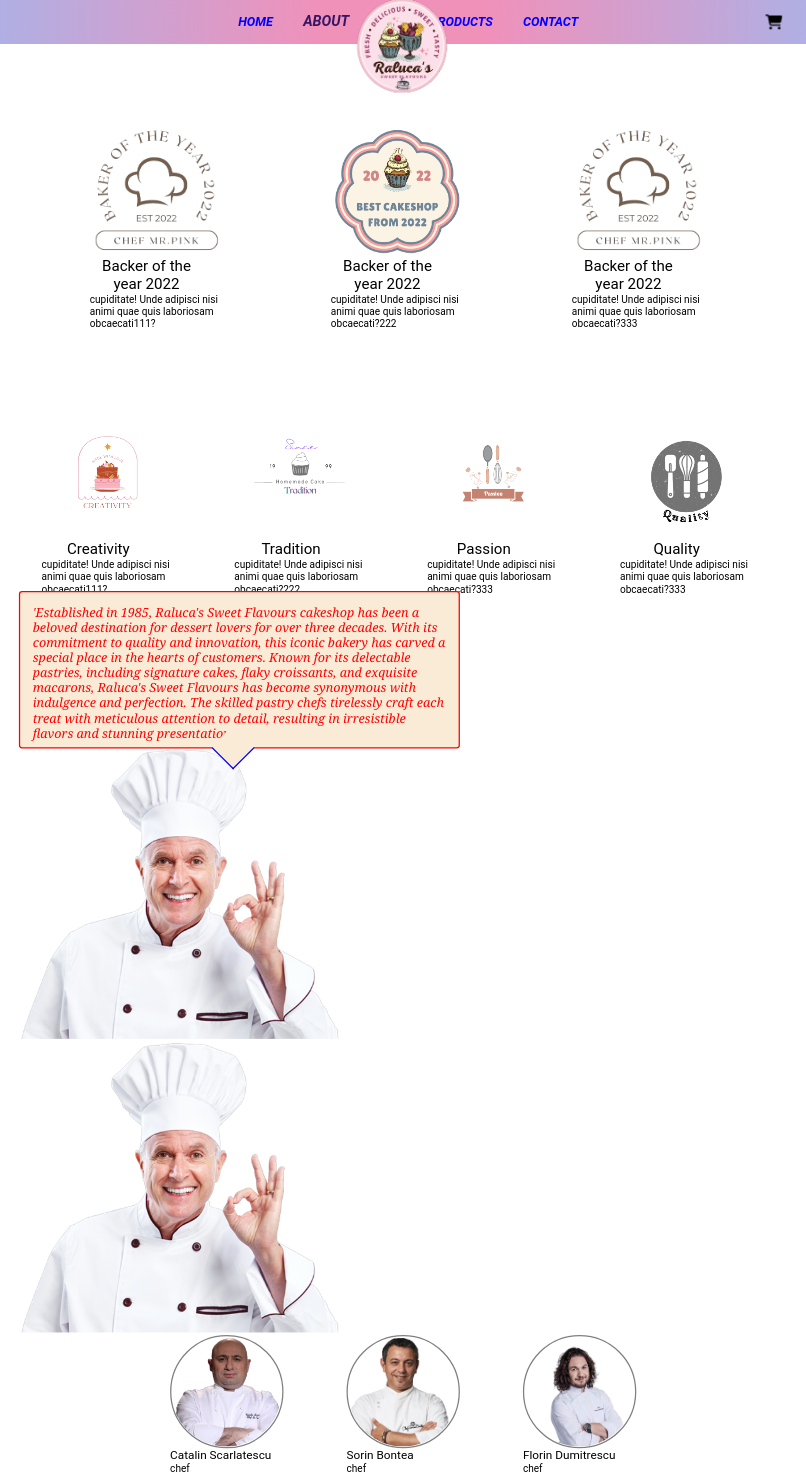
Repository: RalucaZota/cakeshop
Page: /about
The author's editor kept a copy of each file at every save. The page is drawn from the files as they stood at one save, then again after the next save.
The browser window is 1280 px wide. The pictures show the whole page, at 63% of full size.
The project was rebuilt for these pictures with package versions that can differ from the ones it lists, and the page was loaded fresh each time. Also part of the build but not shown: vite.config.js, src/components/AddtoCartButton.vue, src/components/FavoriteProduct.vue, src/components/ProductItem.vue, src/components/Testimonials.vue, src/views/Home.vue, src/views/Products.vue, src/views/Contact.vue.

Above is the page before, as saved 2023-06-28 09:03:16.

### index.html
<!DOCTYPE html>
<html lang="en">
  <head>
    <meta charset="UTF-8">
    <link rel="icon" href="/favicon.ico">
    <meta name="viewport" content="width=device-width, initial-scale=1.0">
    <title>Vite App</title>
  </head>
  <body>
    <div id="app"></div>
    <script type="module" src="/src/main.js"></script>

  </body>
</html>

### src/main.js
import './assets/main.css'
import{ createApp } from "vue";
import App from './App.vue'
import router from './router'

import { library } from '@fortawesome/fontawesome-svg-core'
import { FontAwesomeIcon } from '@fortawesome/vue-fontawesome'
import { faBars } from '@fortawesome/free-solid-svg-icons'
import { faXmark } from '@fortawesome/free-solid-svg-icons'
import { faCartShopping } from '@fortawesome/free-solid-svg-icons'

import 'vuetify/styles'
import { createVuetify } from 'vuetify'
import * as components from 'vuetify/components'
import * as directives from 'vuetify/directives'

const vuetify = createVuetify({
    components,
    directives,
  })
library.add(faBars, faXmark, faCartShopping)

createApp(App)
.component('font-awesome-icon', FontAwesomeIcon).use(router, vuetify)
.mount('#app')

### src/assets/main.css
@import './base.css';

#app {
  margin: 0 auto;

  font-weight: normal;
}

html{
  line-height: 1.2 !important;
}

### src/App.vue
<script setup>
import Navbar from "./components/Navbar.vue"


</script>

<template>
<navbar/>


</template>

<style scoped>

</style>

### src/router/index.js
import { createRouter, createWebHistory } from 'vue-router'

const router = createRouter({
  history: createWebHistory(import.meta.env.BASE_URL),
  routes: [
    {
      path: '/',
      name: 'home',
      component: () => import('../views/Home.vue')
    },
    { path: '/about', name: 'about', component: () => import('../views/About.vue') },
    { path: '/products', name: 'products', component: () => import('../views/Products.vue') },
    { path: '/contact', name: 'contact', component: () => import('../views/Contact.vue') }
    // route level code-splitting
    // this generates a separate chunk (About.[hash].js) for this route
    // which is lazy-loaded when the route is visited.
  ]
})

export default router

### src/assets/base.css
/* color palette from <https://github.com/vuejs/theme> */
:root {
  --vt-c-white: #ffffff;
  --vt-c-white-soft: #f8f8f8;
  --vt-c-white-mute: #f2f2f2;

  --vt-c-black: #181818;
  --vt-c-black-soft: #222222;
  --vt-c-black-mute: #282828;

  --vt-c-indigo: #2c3e50;

  --vt-c-divider-light-1: rgba(60, 60, 60, 0.29);
  --vt-c-divider-light-2: rgba(60, 60, 60, 0.12);
  --vt-c-divider-dark-1: rgba(84, 84, 84, 0.65);
  --vt-c-divider-dark-2: rgba(84, 84, 84, 0.48);

  --vt-c-text-light-1: var(--vt-c-indigo);
  --vt-c-text-light-2: rgba(60, 60, 60, 0.66);
  --vt-c-text-dark-1: var(--vt-c-white);
  --vt-c-text-dark-2: rgba(235, 235, 235, 0.64);
}

/* semantic color variables for this project */
:root {
  --color-background: var(--vt-c-white);
  --color-background-soft: var(--vt-c-white-soft);
  --color-background-mute: var(--vt-c-white-mute);

  --color-border: var(--vt-c-divider-light-2);
  --color-border-hover: var(--vt-c-divider-light-1);

  --color-heading: var(--vt-c-text-light-1);
  --color-text: var(--vt-c-text-light-1);

  --section-gap: 160px;
}

@media (prefers-color-scheme: dark) {
  :root {
    --color-background: var(--vt-c-black);
    --color-background-soft: var(--vt-c-black-soft);
    --color-background-mute: var(--vt-c-black-mute);

    --color-border: var(--vt-c-divider-dark-2);
    --color-border-hover: var(--vt-c-divider-dark-1);

    --color-heading: var(--vt-c-text-dark-1);
    --color-text: var(--vt-c-text-dark-2);
  }
}

*,
*::before,
*::after {
  box-sizing: border-box;
  margin: 0;
  font-weight: normal;
}

### src/components/Navbar.vue
<template>
  <header :class="{ 'scrolled-nav': scrolledNav }">
    <nav >
      <div class="cart">
          <font-awesome-icon icon="fa-solid fa-cart-shopping" fade size="xl" />
        </div>
      <ul class="navigation" v-show="!mobile">
        <li>
          <RouterLink active-class="active" :to="{ name: 'home' }" class=" link"
            >Home</RouterLink
          >
        </li>
        <li>
          <RouterLink active-class="active" :to="{ name: 'about' }" class=" link"
            >About</RouterLink
          >
        </li>
        <div class="branding">
          <img src="../assets/images/logo.png" alt="logo"/>
        </div>
        <li>
          <RouterLink active-class="active" :to="{ name: 'products' }" class=" link"
            >Products</RouterLink
          >
        </li>
        <li>
          <RouterLink active-class="active" :to="{ name: 'contact' }" class=" link"
            >Contact</RouterLink
          >
        </li>
      </ul>
        <div class="icon">
          <font-awesome-icon icon="fa-solid fa-bars" size="lg" @click="openMobileNav" v-show="!mobileNav && mobile"  class="burger" :class="{'icon-active': mobileNav}"/>
          <font-awesome-icon  v-show="mobileNav" icon="fa-solid fa-xmark" beat size="xl" @click="closeMobileNav" class="close-nav" :class="{'icon-active': mobileNav}"/>
        </div>

      <transition name="mobile-nav">

        <ul v-show="mobileNav" class="dropdown-nav">
          <li>
            <div class="branding">
          <img src="../assets/images/logo.png" alt="logo"/>
        </div>
          </li>
          <li>
            <RouterLink active-class="active" :to="{ name: 'home' }" class="link"
              >Home</RouterLink
            >
          </li>
          <li>
            <RouterLink active-class="active" :to="{ name: 'about' }" class=" link"
              >About</RouterLink
            >
          </li>
          <li>
            <RouterLink active-class="active" :to="{ name: 'products' }" class=" link"
              >Products</RouterLink
            >
          </li>
          <li>
            <RouterLink active-class="active" :to="{ name: 'contact' }" class=" link"
              >Contact</RouterLink
            >
          </li>
        </ul>
      </transition>
    </nav>
  </header>

  <RouterView />
</template>
<script>
import { RouterLink, RouterView } from 'vue-router'
import Home from '../views/Home.vue'
import Products from '../views/Products.vue'
import About from '../views/About.vue'
import Contact from '../views/Contact.vue'
export default {
  name: 'navbar',
  components: {
    Home,
    Products,
    About,
    Contact
  },
  data(){
    return {
      scrolledNav: null,
      mobile: null,
      mobileNav: null,
      windowWidth: null,

    }
  },
  created(){
    window.addEventListener('resize', this.checkScreen);
    this.checkScreen()
  },
  mounted(){
    window.addEventListener('scroll', this.updateScroll)
  },
  methods:{
    openMobileNav(){
      this.mobileNav = true


    },
    closeMobileNav(){
      this.mobileNav = false

    },

    updateScroll(){
      const scrollPosition =  window.scrollY;
      if (scrollPosition > 50){
        this.scrolledNav = true;
        return;
      }
      this.scrolledNav = false
    },
    checkScreen(){
      this.windowWidth = window.innerWidth;
      if( this.windowWidth <= 750){
        this.mobile = true;
        return;
      }
      this.mobile = false;
      this.mobileNav = false;
    }
  }
}
</script>
<style lang="scss">
@import '../styles/Navbar.scss';
</style>

### src/views/About.vue
<template>
  <div>
    <h1>About</h1>
    <div  class='universal-card-wrapper' >
        <universal-card v-for="( momentInfo, id) in momentsInfo" :key="id" >
          <template #img >
          <img :src="momentInfo.img"/></template>
          <template #title >
            <h2>{{ momentInfo.price }} </h2></template>
          <template #text><p>
            {{ momentInfo.text }}
          </p></template>
        </universal-card>
    </div>

    <div  class='universal-card-wrapper' >
        <universal-card v-for="( info, id) in knowBetterInfo" :key="id" >
          <template #img >
          <img :src="info.img" class="know-us-better-img"/></template>
          <template #title >
            <h2>{{ info.title }} </h2></template>
          <template #text><p>
            {{ info.text }}
          </p></template>
        </universal-card>
      </div>
      <comment-box/>
      <staff-component/>
  </div>
</template>
<script>
import StaffComponent from '../components/StaffComponent.vue'
import CommentBox from '../components/CommentBox.vue'
import { momentsInfo, knowBetterInfo } from '../data.js'
import UniversalCard from '../components/UniversalCard.vue'
export default {
  name: 'about',
  components: {
    UniversalCard,
    CommentBox,
    StaffComponent
  },
  data() {
    return {
      momentsInfo: momentsInfo,
      knowBetterInfo: knowBetterInfo,
      CommentBox: CommentBox
    }
  }
}
</script>
<style lang="scss" scoped>
.universal-card-wrapper{
  display: flex;
  flex-wrap: wrap;
  align-items: center;
  justify-content: space-evenly;
  margin-top: 150px;
  img{
    width: 200px;
    img.know-us-better-img{
      width: 250px !important;
      height: 250px !important;
    }
  }
  h2{
    text-align: center;
    width: 180px;
  }

}
</style>

### src/styles/Navbar.scss
header{
    width: 100%;
    position: fixed;
    transition: 0.5s ease all;
    background-color: transparent;
    z-index: 99;
    color: transparent;
    height: 68px;
    nav{
        display: flex;
        align-items: center;
        justify-content: space-evenly;
        flex-direction: row;
        background: rgb(238,174,202);
        background: rgb(240,145,186);
        background: rgb(240,145,186);
        background: radial-gradient(circle, rgba(240,145,186,1) 21%, rgba(176,175,228,1) 100%);
        transition: 0.5s ease all;
        padding: 5px 0;
        width: 100%;
        margin: 0 auto;
        text-decoration: none;
        position: relative;


        @media (min-width: 1140px) {
            max-width: 1300px;
        }
        @media (max-width: 749px) {
            width: 100%;
            padding: 20px;
        }
        ul,
        .link {
            color: blue;
            list-style: none;
            text-decoration: none;
        }
        li {
            text-transform: uppercase;
            padding: 16px;
            margin-left: 16px;
        }

        .link {
            font-weight: 700;
            font-style:italic;
            font-size: 20px;
            transition: 0.5s ease all;
            padding-bottom: 4px;
            border-bottom:  2px solid transparent;
            &:hover {
                color: #125159;
                border-color: purple;
            }
        }
        .branding {
            display: flex;
            align-items: center;
            margin-left: 80px;
            @media (max-width: 749px) {
                margin-left: 0px;
            }
            li.img{
                @media (max-width: 749px) {
                    padding-bottom: 0px;
            }
        }
            img {
                width: 150px;
                position: absolute;
                height: 155px;
                left: 44%;
                top: -10%;
                transition: .5s ease all;
                @media (max-width: 749px) {
                    position: relative;
                    width: 80px;
                    height: 80px;
                    left: 11%;
                }
            }
        }

        .active{
        font-weight: bold;
        font-size: 23px !important;
        color: #371563;
        font-weight: 700 !important;
        text-decoration: none;
        font-size: larger;

        }
        .cart{
        position: absolute;
        right: 3%;
        color: black;
        font-weight: 700;
    }
        .navigation {
            display: flex;
            align-items: center;
            flex: 1;
            justify-content: center;
    }
        .icon{
            display: flex;
            align-items: center;
            position: absolute;
            top: 0;
            left: 24px;
            height: 100%;
            color: black;
            transform: rotateZ(180deg);
            .burger{
            cursor: pointer;
            font-size: 24px;
            transition: .8s ease all;

        }
            .close-nav{
                color: black;
                font-weight: 600;
            }
    }
        .icon-active{

            color: red;
            display: inline-block;




    }
        .dropdown-nav{
            display: flex;
            flex-direction: column;
            align-items: center;
            position: fixed;
            width: 100%;
            max-width: 215px;
            height: 100%;
            background: radial-gradient(circle, rgba(240,145,186,1) 21%, rgba(176,175,228,1) 100%);
            top: 4.8%;
            left: 0;
            padding-left: 0px;
            line-height: 5px;
            padding-top: 10px;

            li{
                margin-left: 0;
                .link{
                    color: black;
                    font-weight: 600;
            }
        }

    }
        .mobile-nav-enter-active, .mobile-nav-leave-active {
            transition:  1s ease all;
        }
        .mobile-nav-enter-from, .mobile-nav-leave-to {
            transform: translateX((-250px));
        }
        .mobile-nav-enter-to {
            transform: translateX((0));
        }

}
}
.scrolled-nav{
    // box-shadow: 0 4px 6px -1px rgba(0, 0, 0, 0.1), 0 2px 4px -1px rgba(0, 0, 0, 0.06);
        nav{
            padding: 8px 0;
            .branding{
            // img{
            //     width: 40px;
            //     box-shadow: 0 4px 6px -1px rgba(0, 0, 0, 0.1), 0 2px 4px -1px rgba(0, 0, 0, 0.06);

            // }
        }
    }
}

### src/components/StaffComponent.vue
<template>
  <div class="chef-img-div">
    <img  src="../assets//images//chefs//chef.png" class="chef-img" />
  </div>
  <div class="chef-details">
    <h3>{{ name }}</h3>
    <p>{{ status }}</p>
  </div>
  <div class="chef">
    <div v-for="{ name, status, img } in chefs" :key="name">
      <div class="chef-img-div">
        <img :src="img" class="chef-img" />
      </div>
      <div class="chef-details">
        <h3>{{ name }}</h3>
        <p>{{ status }}</p>
      </div>
    </div>
  </div>
</template>
<script>
import { chefs } from '../data'
export default {
  name: 'staff-component',
  data() {
    return {
      chefs: chefs
    }
  }
}
</script>
<style>
@import '../styles/StaffComponent.scss';
</style>

### src/components/CommentBox.vue
<template>
    <div>
        <div class="big-comment-box">
            <div class="little-comment-box"></div>
            <p class="text-comment-box">{{ CommentBox }}</p>
        </div>
        <img src="../assets//images//chefs//chef.png"/>
    </div>

</template>
<script>
import { CommentBox } from '../data.js'
export default {
  name: 'comment-box',
  data() {
    return {
      CommentBox: CommentBox
    }
  }
}
</script>
<style scoped>
@import '../styles/CommentBox.scss';
</style>

### src/data.js
const ClientsInfo = [
  {
    id: 1,
    name: 'Sam Smith',
    opinion:
      'Lorem ipsum dolor sit amet consectetur, adipisicing elit. Necessitatibus dolore reiciendis cupiditate! Unde adipisci nisi animi quae quis laboriosam obcaecati?',
    img: '../src/assets/images/clients/samsmith.jpg'
  },
  {
    id: 2,
    name: 'Olga Bacari',
    opinion:
      'Lorem ipsum dolor sit amet consectetur, adipisicing elit. Necessitatibus dolore reiciendis cupiditate! Unde adipisci nisi animi quae quis laboriosam obcaecati?',
    img: '../src/assets/images/clients/olgabacari.jpg'
  },
  {
    id: 3,
    name: 'Richard Muller',
    opinion:
      'Lorem ipsum dolor sit amet consectetur, adipisicing elit. Necessitatibus dolore reiciendis cupiditate! Unde adipisci nisi animi quae quis laboriosam obcaecati?',
    img: '../src/assets/images/clients/richardmuller.jpg'
  }
]

const momentsInfo = [
  {
    id: 1,
    price: 'Backer of the year 2022',
    img: '../src/assets/images/bestMoments/backer-year.png',
    text: ' cupiditate! Unde adipisci nisi animi quae quis laboriosam obcaecati111?'
  },
  {
    id: 2,
    price: 'Backer of the year 2022',
    img: '../src/assets/images/bestMoments/best-cakeshop.png',
    text: 'cupiditate! Unde adipisci nisi animi quae quis laboriosam obcaecati?222'
  },
  {
    id: 3,
    price: 'Backer of the year 2022',
    img: '../src/assets/images/bestMoments/backer-year.png',
    text: 'cupiditate! Unde adipisci nisi animi quae quis laboriosam obcaecati?333'
  }
]
const knowBetterInfo = [
  {
    id: 1,
    title: 'Creativity',
    img: '../src/assets/images/knowusbetter/creativity.png',
    text: ' cupiditate! Unde adipisci nisi animi quae quis laboriosam obcaecati111?'
  },
  {
    id: 2,
    title: 'Tradition',
    img: '../src/assets/images/knowusbetter/tradition.png',
    text: 'cupiditate! Unde adipisci nisi animi quae quis laboriosam obcaecati?222'
  },
  {
    id: 3,
    title: 'Passion',
    img: '../src/assets/images/knowusbetter/passion.png',
    text: 'cupiditate! Unde adipisci nisi animi quae quis laboriosam obcaecati?333'
  },
  {
    id: 4,
    title: 'Quality',
    img: '../src/assets/images/knowusbetter/quality.png',
    text: 'cupiditate! Unde adipisci nisi animi quae quis laboriosam obcaecati?333'
  }
]
const CommentBox =
  " 'Established in 1985, Raluca's Sweet Flavours cakeshop has been a beloved destination for dessert lovers for over three decades. With its commitment to quality and innovation, this iconic bakery has carved a special place in the hearts of customers. Known for its delectable pastries, including signature cakes, flaky croissants, and exquisite macarons, Raluca's Sweet Flavours has become synonymous with indulgence and perfection. The skilled pastry chefs tirelessly craft each treat with meticulous attention to detail, resulting in irresistible flavors and stunning presentation.' "

const chefs = [
  {
    name: 'Catalin Scarlatescu',
    status: 'chef',
    img: '../src/assets/images/chefs/catalin-scarlatescu.png'
  },
  { name: 'Sorin Bontea', status: 'chef', img: '../src/assets/images/chefs/sorin-bontea.png' },
  {
    name: 'Florin Dumitrescu',
    status: 'chef',
    img: '../src/assets/images/chefs/florin-dumitrescu.png'
  }
]
export { momentsInfo, knowBetterInfo, CommentBox, chefs }
export default ClientsInfo

### src/components/UniversalCard.vue
<template>
  <div class="universal-card">
    <div class="universal-card-img">
      <slot name="img"> </slot>
    </div>
    <div class="universal-card-details">
      <slot name="title"> </slot>
      <slot name="text"> </slot>
    </div>
  </div>
</template>
<script>
export default {
  name: 'universal card'
}
</script>
<style >
@import '../styles/UniversalCard.scss';
</style>

### src/styles/StaffComponent.scss
.chef {
    display: flex;
    justify-content: center;
    flex-wrap: wrap;
    gap: 100px;
  .chef-img-div {
    border-radius: 50%;
    border: 2px solid grey;
    width: 180px;
    height: 180px;
    .chef-img {
      width: 175px;
      height: 175px;
      border-radius: 50%;
    }
    div.chef-details{
        h3, p{
            text-align: center;
            border: 2px solid red;
        }
    }
  }
}

### src/styles/CommentBox.scss
.big-comment-box{
    margin-left: 30px;
    width: 700px;
    height: 250px;
    border: 2px solid red;
    border-radius: 5px;
    position: relative;
    background-color: antiquewhite;

    .little-comment-box{
        width: 50px;
        height: 50px;
        border: 2px solid blue;
        position: absolute;
        bottom: -10%;
        left: 45%;
        transform: rotateZ(45deg);
        border-left-color: transparent;
        border-top-color: transparent;
        background-color: antiquewhite;
    }
    .text-comment-box{
        font-size: 20px;
        font-style: italic;
        font-family: Cambria, Cochin, Georgia, Times, 'Times New Roman', serif;
        color: red;
        padding: 20px;

    }

}

### src/styles/UniversalCard.scss
.universal-card{
    max-width: 250px;
    height: 300px;
    padding: 10px;
    display: flex;
    flex-direction: column;
    align-items: center;
    .universal-card-img{
        padding: 5px;
        width: 230px;
        height: 200px;
        border-radius: 8px;
        margin-bottom: 10px;


        }
    .universal-card-details{
        }
    }

After the next save:
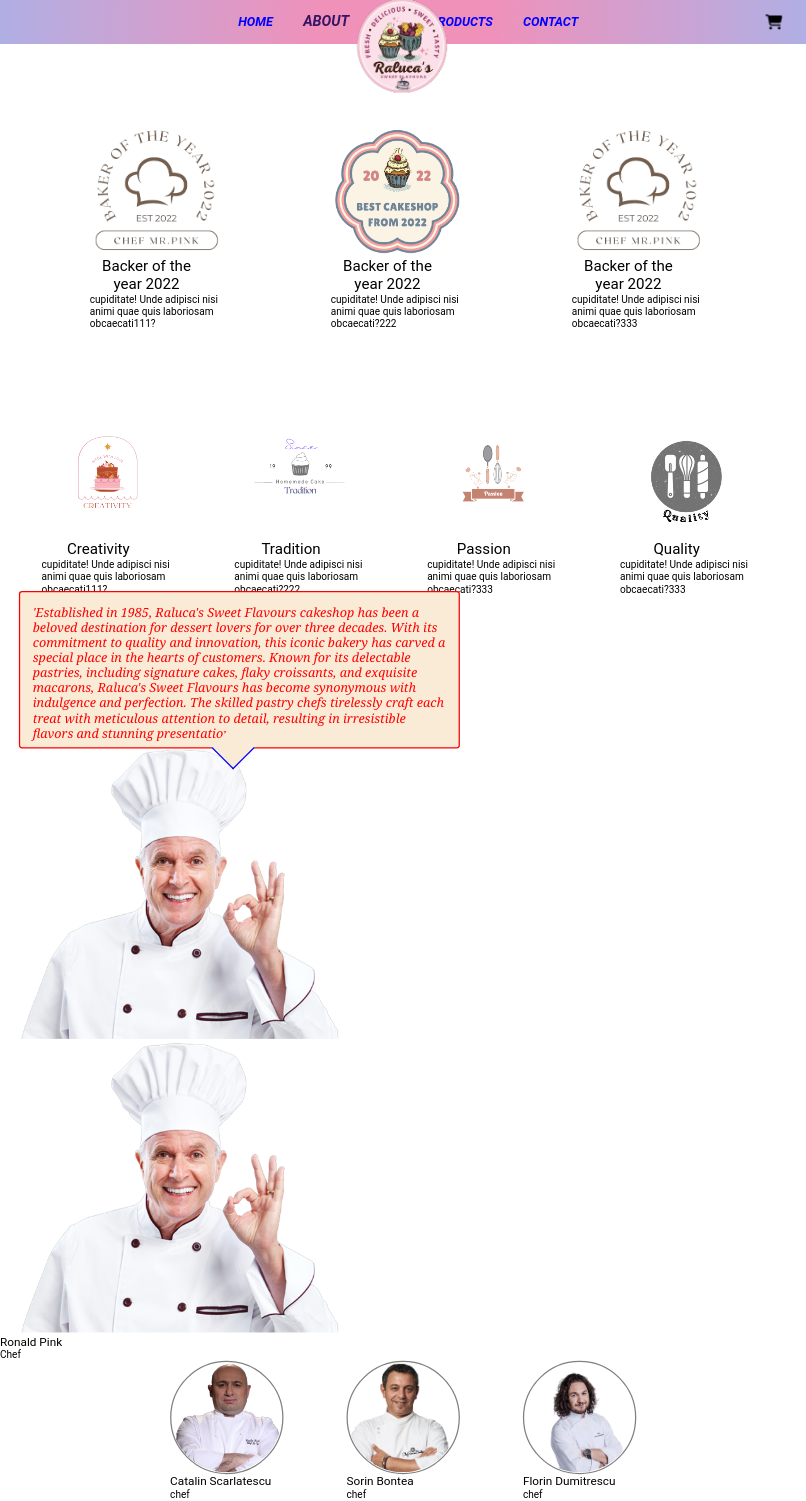
Saved 40 s later.
--- a/src/components/StaffComponent.vue
+++ b/src/components/StaffComponent.vue
@@ -3,8 +3,8 @@
     <img  src="../assets//images//chefs//chef.png" class="chef-img" />
   </div>
   <div class="chef-details">
-    <h3>{{ name }}</h3>
-    <p>{{ status }}</p>
+    <h3>Ronald Pink</h3>
+    <p>Chef</p>
   </div>
   <div class="chef">
     <div v-for="{ name, status, img } in chefs" :key="name">
